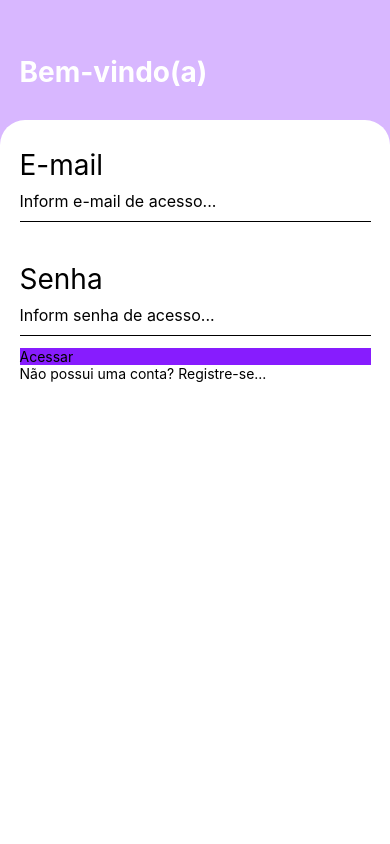
Repository: anacleto-caua/flavio_finance_clean
Page: /
An editor plug-in stored every save of this project. The page is shown before and after a run of saves, followed by the edit.
The browser window is 390 px wide. The pictures show the whole page.
The app was drawn by React Native's web renderer in a window 390 px wide. The project was rebuilt for these pictures with package versions that can differ from the ones it lists, and the page was loaded fresh each time. Also part of the build but not shown: src/pages/Welcome/index.js.

Above is the page before, as saved 2024-03-12 19:57:41.

After the next 2 saves:
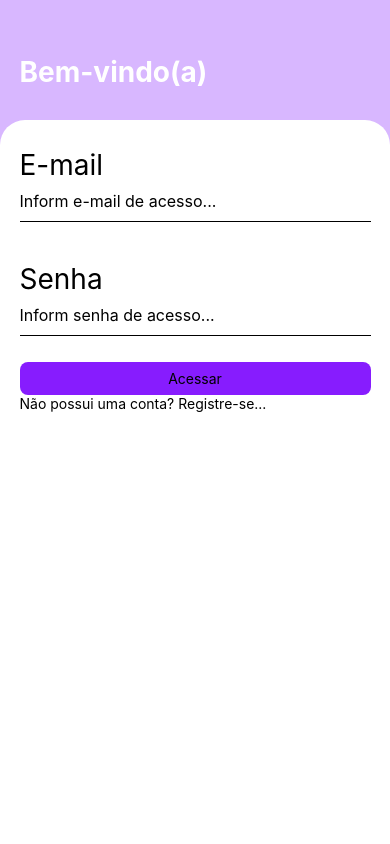
The 2 saves are shown as one change because 1 did not build or start.
The last was saved 76 s later.
--- a/src/pages/SignIn/index.js
+++ b/src/pages/SignIn/index.js
@@ -90,6 +90,12 @@ const styles = StyleSheet.create({
 
   button: {
     backgroundColor: "#871cfe",
+    width: '100%',
+    borderRadius: 8,
+    paddingVertical: 8,
+    marginTop: 14,
+    justifyContent: 'center',
+    alignItems: 'center',
   }
 
 })
